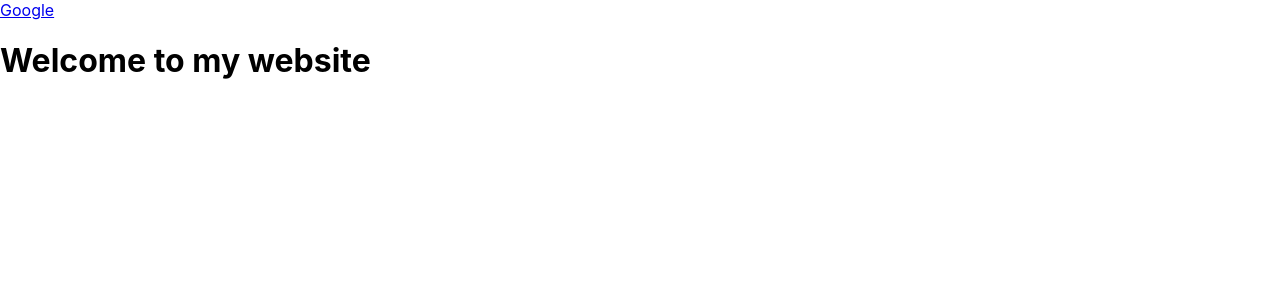
Repository: ninambash/E-comm-site
Page: /
The author's editor kept a copy of each file at every save. The page is drawn from the files as they stood at one save, then again after the next save.
The browser window is 1280 px wide. The pictures show the whole page.
The project was rebuilt for these pictures with package versions that can differ from the ones it lists, and the page was loaded fresh each time.

Above is the page before, as saved 2023-01-20 18:49:09.

### src/App.js


function App() {
  return (
    <div className="App">

        <header>
          <a href= "https://www.google.com" > Google </a>
          <main>
            <h1> Welcome to my website </h1>

          </main>

        </header>


    </div>
  );
}

export default App;

Loaded but not shown: public/index.html (common file); src/index.js (common file); src/index.css (common file); src/reportWebVitals.js (common file)

After the next save:
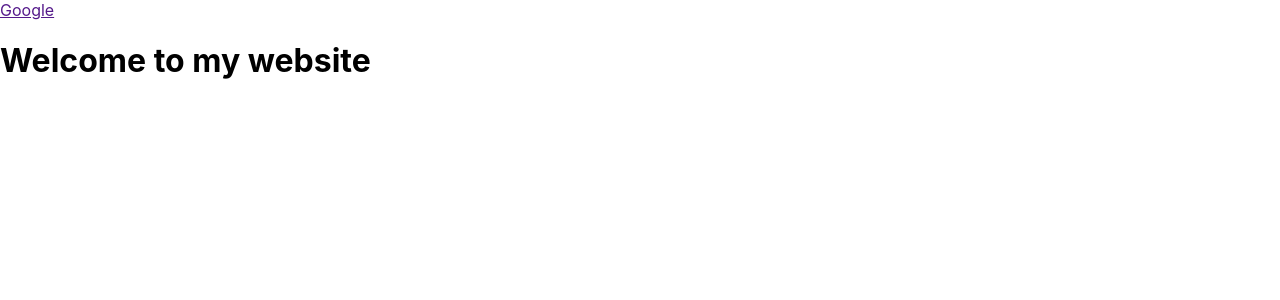
Saved 96 s later.
--- a/src/App.js
+++ b/src/App.js
@@ -5,7 +5,7 @@
     <div className="App">
 
         <header>
-          <a href= "https://www.google.com" > Google </a>
+          <a href= "" > Google </a>
           <main>
             <h1> Welcome to my website </h1>
 

After the save that followed:
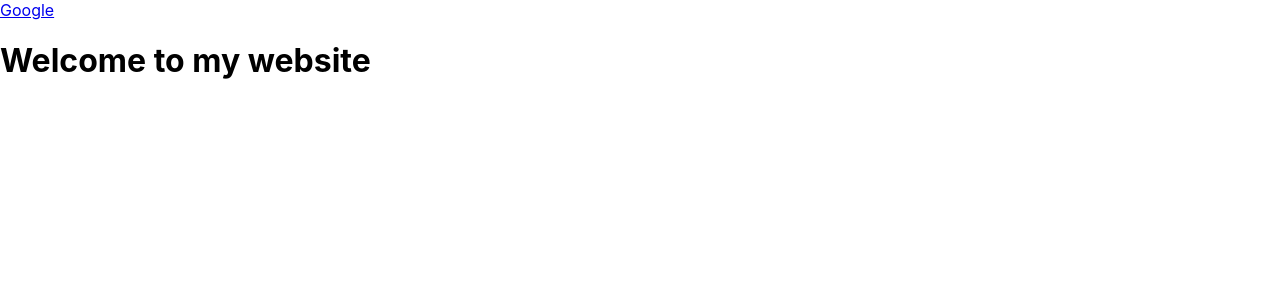
Saved 5 s later.
--- a/src/App.js
+++ b/src/App.js
@@ -5,7 +5,7 @@
     <div className="App">
 
         <header>
-          <a href= "" > Google </a>
+          <a href= "/" > Google </a>
           <main>
             <h1> Welcome to my website </h1>
 
